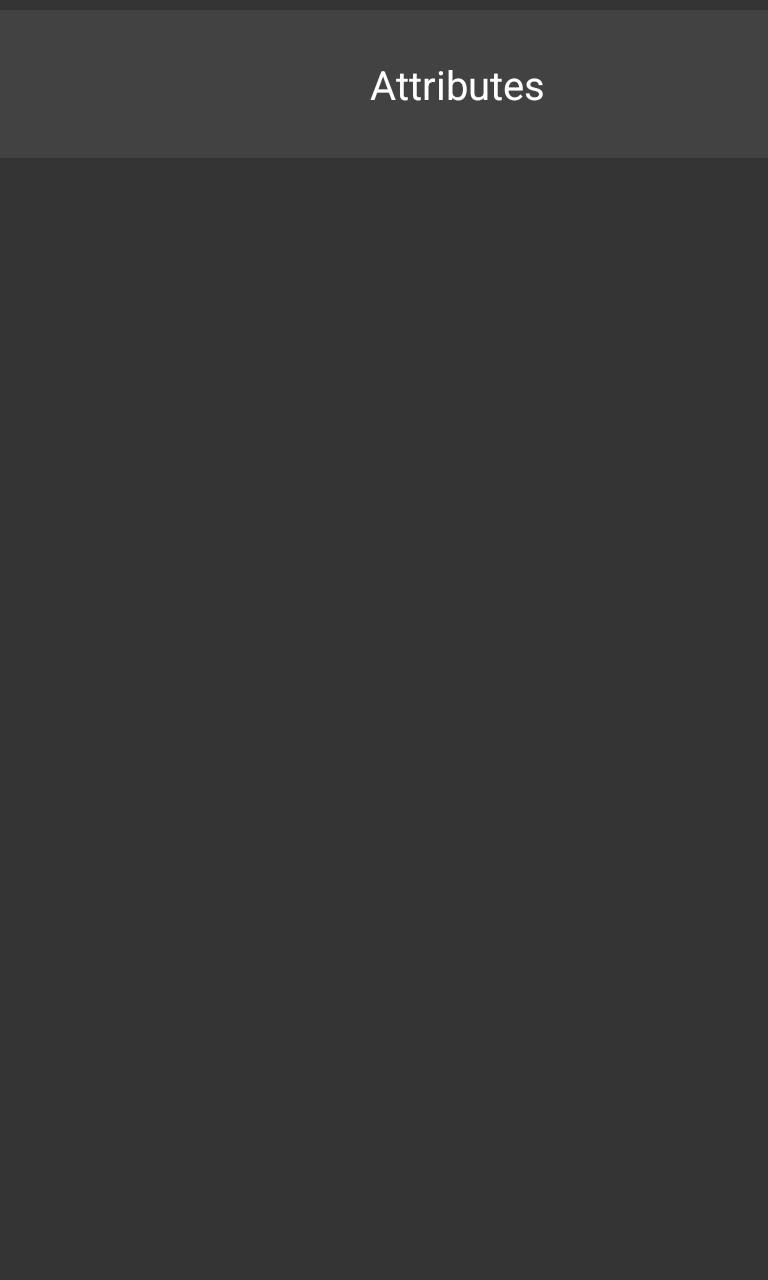
Repository: w9jds/Android-EveProfiler
Layout: EveProfiler/res/layout/drawerview.xml
The author's editor kept a copy of each file at every save. The layout is drawn from the files as they stood at one save, then again after the next save.
It is drawn on a 768 x 1280 px phone screen (xhdpi) without system bars, with theme AppTheme; the app's code is not run.

Above is the layout before, as saved 2013-05-12 05:28:56.

### EveProfiler/res/layout/drawerview.xml
<?xml version="1.0" encoding="utf-8"?>
<RelativeLayout xmlns:android="http://schemas.android.com/apk/res/android"
    xmlns:tools="http://schemas.android.com/tools"
    android:layout_width="match_parent"
    android:layout_height="match_parent"
    android:background="@color/grey" >

    <LinearLayout
        android:id="@+id/content"
        android:layout_width="fill_parent"
        android:layout_height="fill_parent"
        android:orientation="vertical" >

        <GridLayout
            android:id="@+id/Attributes"
            android:layout_width="fill_parent"
            android:layout_height="wrap_content"
            android:layout_marginBottom="5dp"
            android:layout_marginTop="5dp"
            android:background="@color/lightgrey"
            android:columnCount="2"
            android:rowCount="1"
            tools:targetApi="14" >

            <ImageView
                android:id="@+id/AttributesPic"
                android:layout_width="64dp"
                android:layout_height="64dp"
                android:layout_column="0"
                android:layout_gravity="center"
                android:layout_marginBottom="5dp"
                android:layout_marginLeft="5dp"
                android:layout_marginRight="5dp"
                android:layout_marginTop="5dp"
                android:layout_row="0" />

            <TextView
                android:id="@+id/AttributesLabel"
                android:layout_column="1"
                android:layout_gravity="center"
                android:layout_row="0"
                android:text="Attributes"
                android:textColor="@color/white"
                android:textSize="20sp" />

        </GridLayout>

    </LinearLayout>

</RelativeLayout>

### EveProfiler/res/values/strings.xml
<?xml version="1.0" encoding="utf-8"?>
<resources>

    <string name="title_activity_settings">Settings</string>
    <string name="pref_header_general">General</string>
    <string name="pref_title_keyid">Key ID</string>
    <string name="pref_keyid"></string>
    <string name="pref_title_vCode">Verification Code</string>
    <string name="pref_vCode"></string>

    <string name="app_name">Top Hat</string>
    <string name="action_settings">Settings</string>

    <string name="Api_Uri">https://api.eveonline.com</string>
    <string name="Account_Status">/account/AccountStatus.xml.aspx</string>
    <string name="API_Key_Info">/account/APIKeyInfo.xml.aspx</string>
    <string name="List_Characters">/account/Characters.xml.aspx</string>
    <string name="Account_Balance">/char/AccountBalance.xml.aspx</string>
    <string name="Asset_List">/char/AssetList.xml.aspx</string>
    <string name="Cal_Event_Attendees">/char/CalendarEventAttendees.xml.aspx</string>
    <string name="Character_Sheet">/char/CharacterSheet.xml.aspx</string>
    <string name="Contact_List">/char/ContactList.xml.aspx</string>
    <string name="Contact_Notif">/char/ContactNotifications.xml.aspx</string>
    <string name="Contacts">/char/Contracts.xml.aspx</string>
    <string name="ContractItems">/char/ContractItems.xml.aspx</string>
    <string name="ContractBids">/char/ContractBids.xml.aspx</string>
    <string name="Factional_Warfare_Stats">/char/FacWarStats.xml.aspx</string>
    <string name="Industry_Jobs">/char/IndustryJobs.xml.aspx</string>
    <string name="KillMails">/char/Killlog.xml.aspx</string>
    <string name="Locations">/char/Locations.xml.aspx</string>
    <string name="Mail_Bodies">/char/MailBodies.xml.aspx</string>
    <string name="Mailing_Lists">/char/MailingLists.xml.aspx</string>
    <string name="MailMessHeaders">/char/MailMessages.xml.aspx</string>
    <string name="Market_Orders">/char/MarketOrders.xml.aspx</string>
    <string name="Medals">/char/Medals.xml.aspx</string>
    <string name="Notifications">/char/Notifications.xml.aspx</string>
    <string name="Notification_Text">/char/NotificationTexts.xml.aspx</string>
    <string name="Research">/char/Research.xml.aspx</string>
    <string name="Skill_in_Training">/char/SkillInTraining.xml.aspx</string>
    <string name="Skill_Queue">/char/SkillQueue.xml.aspx</string>
    <string name="NPC_Standings">/char/Standings.xml.aspx</string>
    <string name="Upcoming_Cal_Events">/char/UpcomingCalendarEvents.xml.aspx</string>
    <string name="Wallet_Journal">/char/WalletJournal.xml.aspx</string>
    <string name="Wallet_Transactions">/char/WalletTransactions.xml.aspx</string>

    <string name="Character_Portrait">http://image.eveonline.com/Character/</string>
    <string name="Corp_Logo">http://image.eveonline.com/Corporation/</string>
    <string name="Alliance_Logo">http://image.eveonline.com/Alliance/</string>
    <string name="Type_Icon">http://image.eveonline.com/InventoryType/</string>
    <string name="Render">http://image.eveonline.com/Render/</string>

    <string name="SkillPointsString">Skill Points</string>
    <string name="CloneString">Clone</string>
	<string name="HomeSystemString">Home System</string>
    <string name="BackgroundString">Background</string>
    <string name="DateOBirthString">Date Of Birth</string>
    <string name="SchoolString">School</string>
    <string name="CorporationString">Corporation</string>
    <string name="AllianceString">Alliance</string>
    <string name="SecurityStatusString">Security Status</string>
    <string name="BountyString">Bounty</string>

    <color name="white">#FFFFFF</color>
    <color name="grey">#333333</color>
    <color name="lightgrey">#424243</color>



</resources>

Loaded but not shown: EveProfiler/res/values/styles.xml (common file); EveProfiler/res/values-v11/styles.xml (common file); EveProfiler/res/values-v14/styles.xml (common file)

After the next save:
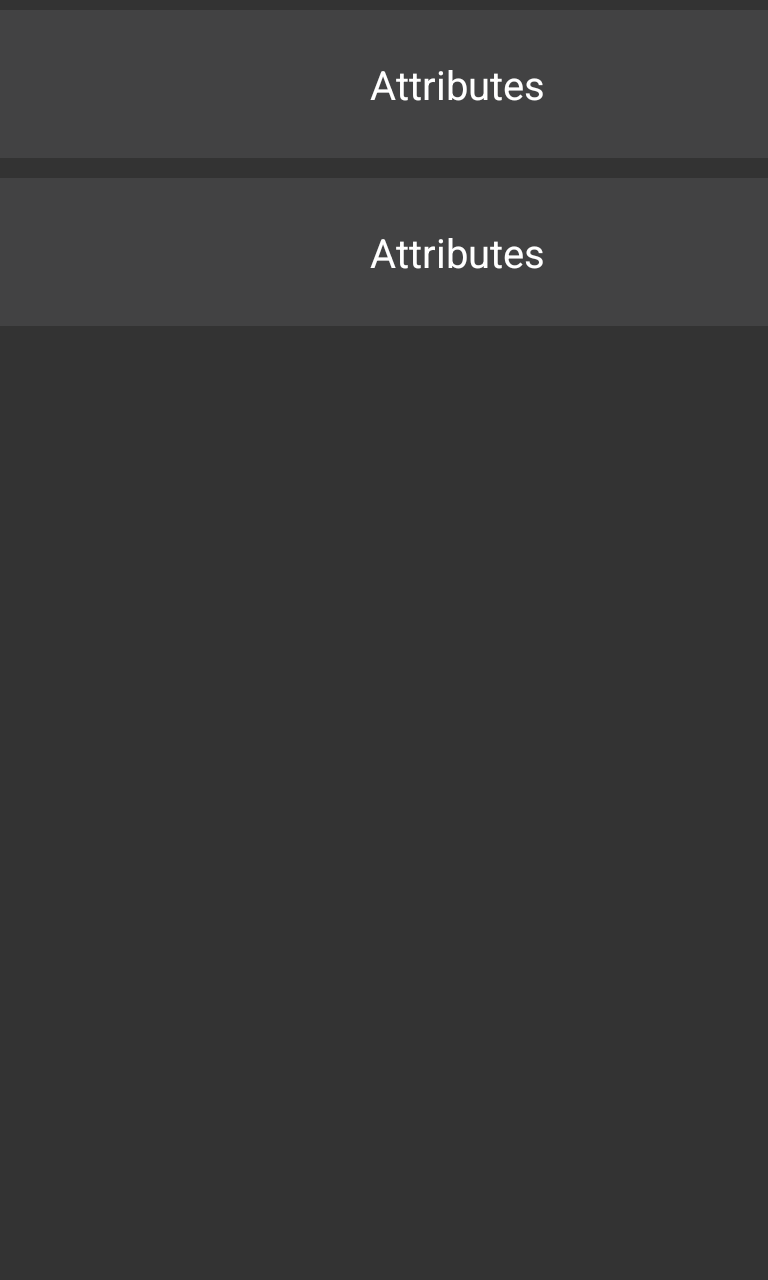
Saved 26 s later.
--- a/EveProfiler/res/layout/drawerview.xml
+++ b/EveProfiler/res/layout/drawerview.xml
@@ -45,6 +45,40 @@
 
         </GridLayout>
 
+        <GridLayout
+            android:id="@+id/Attributes"
+            android:layout_width="fill_parent"
+            android:layout_height="wrap_content"
+            android:layout_marginBottom="5dp"
+            android:layout_marginTop="5dp"
+            android:background="@color/lightgrey"
+            android:columnCount="2"
+            android:rowCount="1"
+            tools:targetApi="14" >
+
+            <ImageView
+                android:id="@+id/AttributesPic"
+                android:layout_width="64dp"
+                android:layout_height="64dp"
+                android:layout_column="0"
+                android:layout_gravity="center"
+                android:layout_marginBottom="5dp"
+                android:layout_marginLeft="5dp"
+                android:layout_marginRight="5dp"
+                android:layout_marginTop="5dp"
+                android:layout_row="0" />
+
+            <TextView
+                android:id="@+id/AttributesLabel"
+                android:layout_column="1"
+                android:layout_gravity="center"
+                android:layout_row="0"
+                android:text="Attributes"
+                android:textColor="@color/white"
+                android:textSize="20sp" />
+
+        </GridLayout>
+
     </LinearLayout>
 
 </RelativeLayout>
